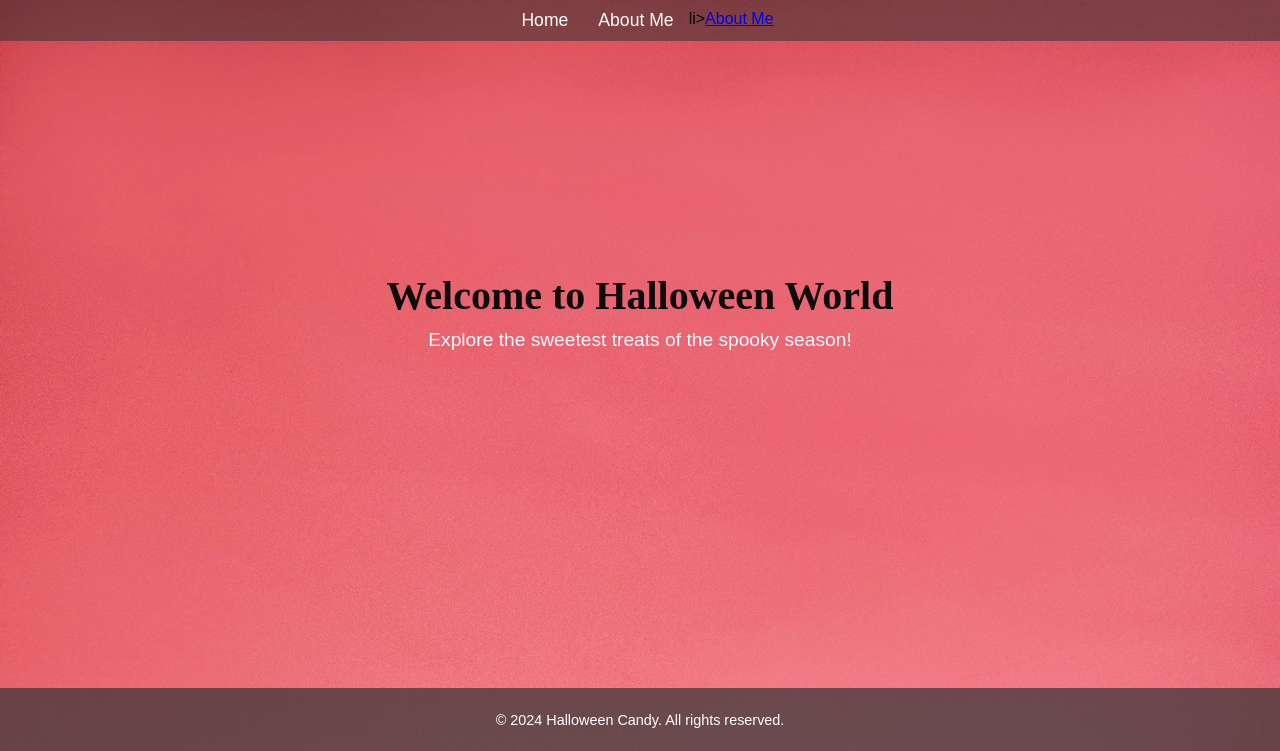
Repository: monicaifijeh/test2
Page: kyportfolio/src/indexHallo.html
An editor plug-in stored every save of this project. The page is shown before and after the next save, followed by the edit.
The browser window is 1280 px wide. The pictures show the whole page.

Above is the page before, as saved 2024-12-21 20:29:57.

After the next save:
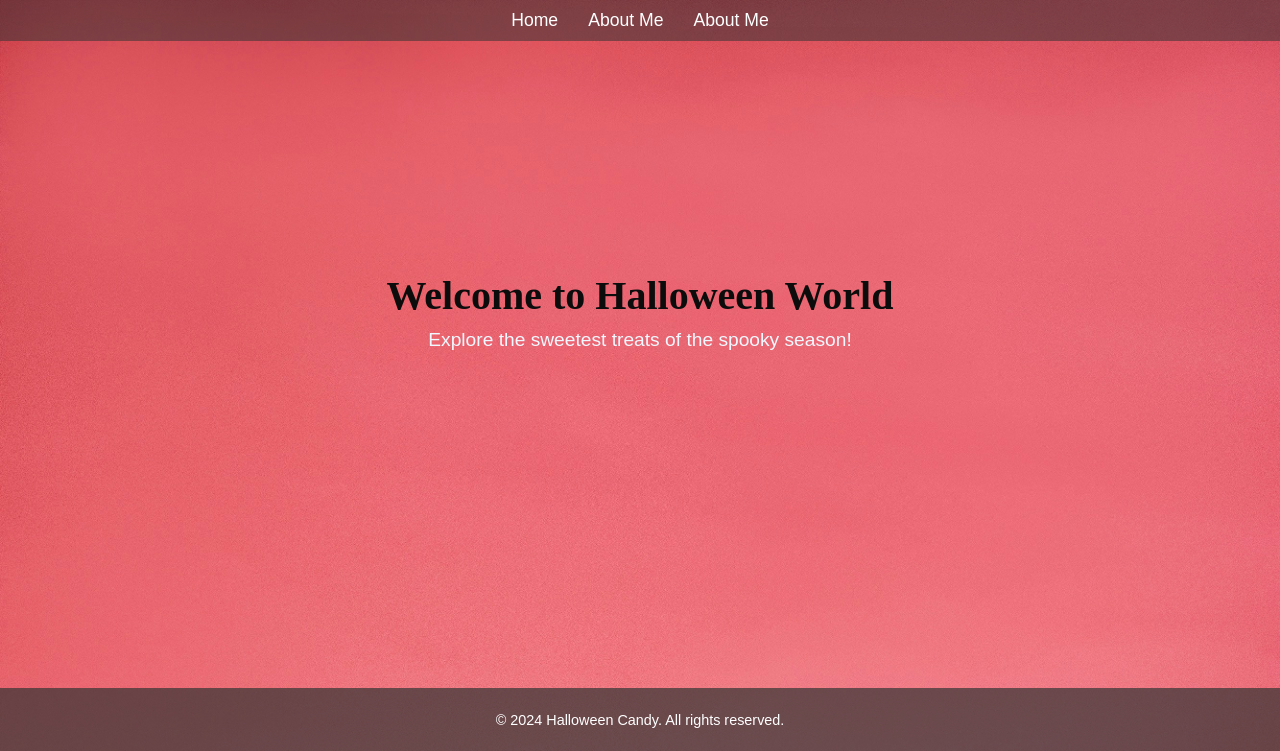
Saved 5 s later.
--- a/kyportfolio/src/indexHallo.html
+++ b/kyportfolio/src/indexHallo.html
@@ -11,7 +11,7 @@
       <ul>
         <li><a href="indexHallo.html">Home</a></li>
         <li><a href="aboutHallo.html">About Me</a></li>
-        li><a href="aboutHallo.html">About Me</a></li>
+        <li><a href="aboutHallo.html">About Me</a></li>
       </ul>
     </nav>
     <header>
